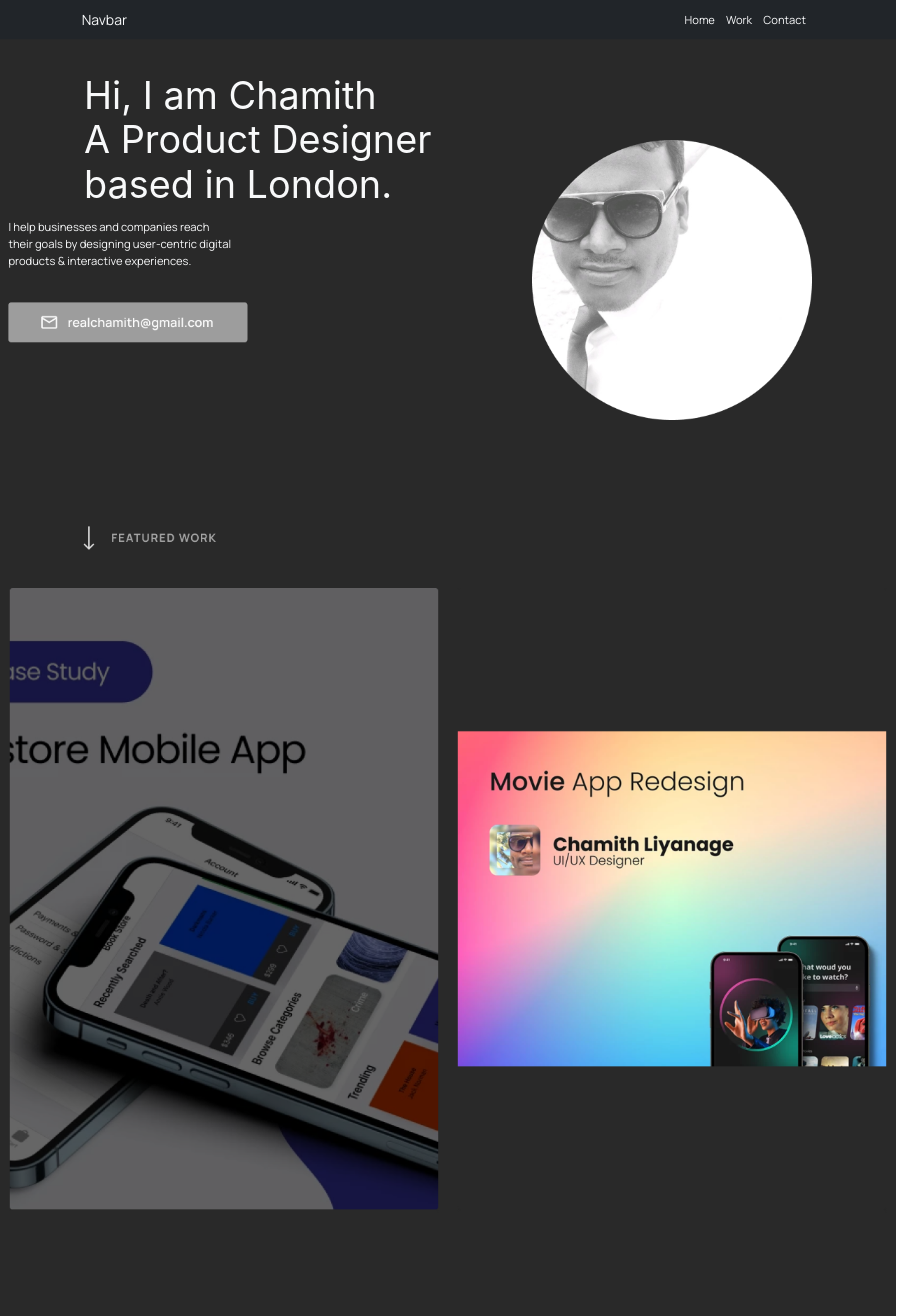
Repository: Realchamithweb/chamith-html
Page: index.html
The author's editor kept a copy of each file at every save. The page is drawn from the files as they stood at one save, then again after the next save.
The browser window is 1280 px wide. The page is 1292 px wide, so the pictures cover 1292 px, including what lies to the right of the window. The pictures show the part of the page from y = 0 to 1880 px (the page is 4225 px tall), at 70% of full size.

Above is the page before, as saved 2023-01-04 16:23:55.

After the next save:
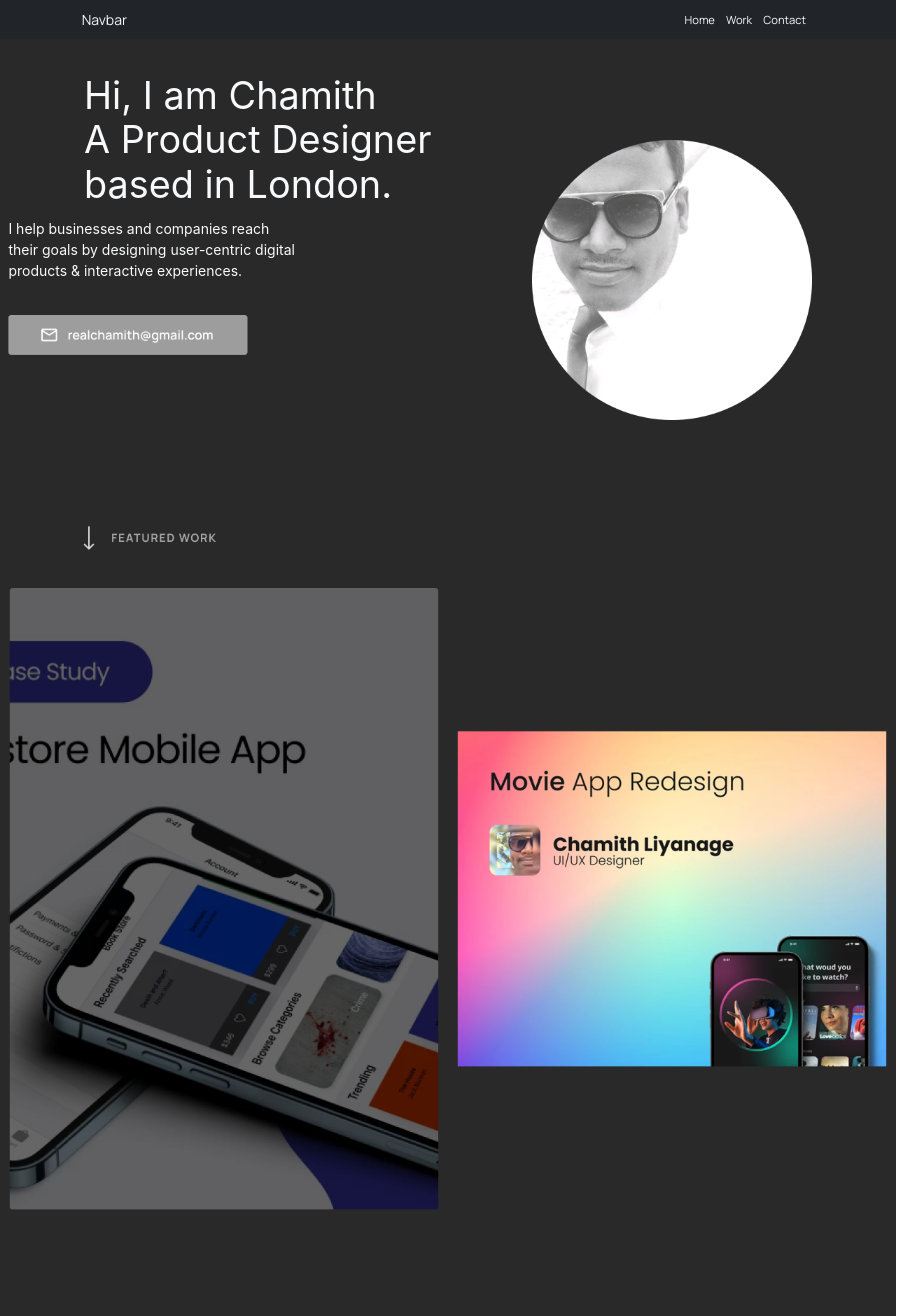
Saved 14 s later.
--- a/css/style.css
+++ b/css/style.css
@@ -18,7 +18,11 @@
 }
 
 .hero-text{
-
+    font-family: 'Inter';
+    font-style: normal;
+    font-weight: 400;
+    font-size: 20px;
+    line-height: 30px;
 }
 /*
 .hero-title{
